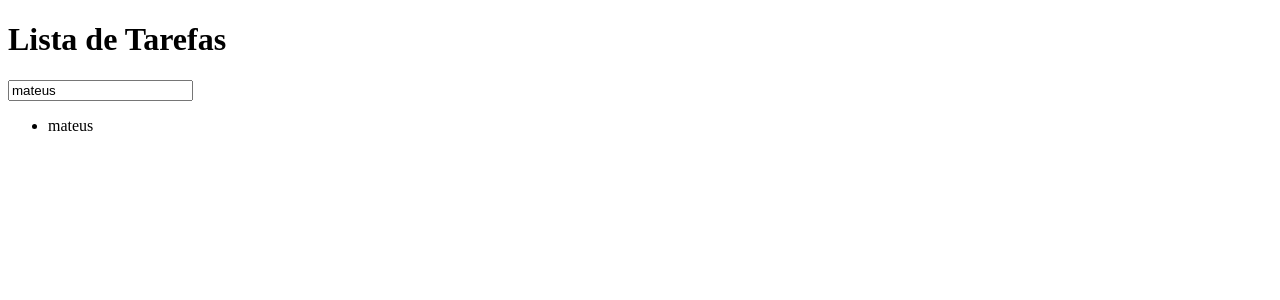
Repository: mateus-henrique-silva/Angular-lista-de-tarefas
Page: / (app in angiularTarefas/)
An editor plug-in stored every save of this project. The page is shown before and after a run of saves, followed by the edit.
The browser window is 1280 px wide. The pictures show the whole page.
The project was rebuilt for these pictures with package versions that can differ from the ones it lists, and the page was loaded fresh each time. Also part of the build but not shown: angiularTarefas/angular.json.

Above is the page before, as saved 2022-07-12 09:34:48.

After the next 4 saves:
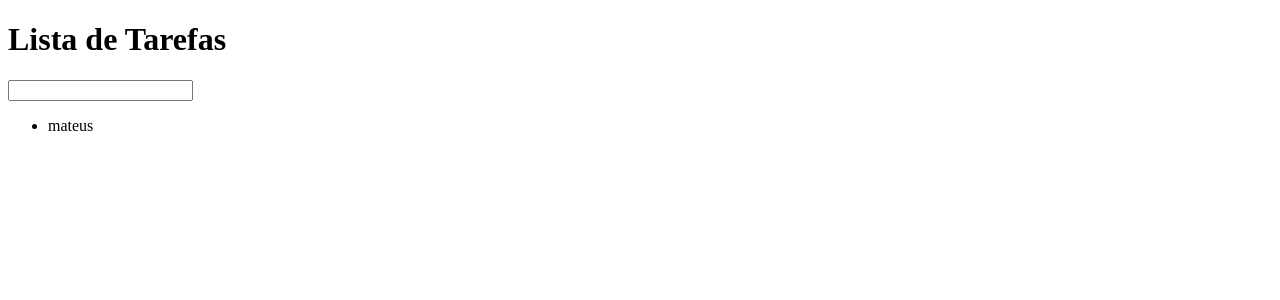
The 4 saves are shown as one change because 1 did not build or start and some came seconds apart.
The last was saved 61 s later.
--- a/angiularTarefas/src/app/app.component.html
+++ b/angiularTarefas/src/app/app.component.html
@@ -1,5 +1,5 @@
 <h1>{{title}}</h1>
-<input #nome type="text"[value]="teste" (input)="inputList(nome.value)" />
+<input #nome type="text"(keyup)="0" (input)="inputList(nome.value)" />
 <ul>
   <li>{{teste}}</li>
 </ul>
